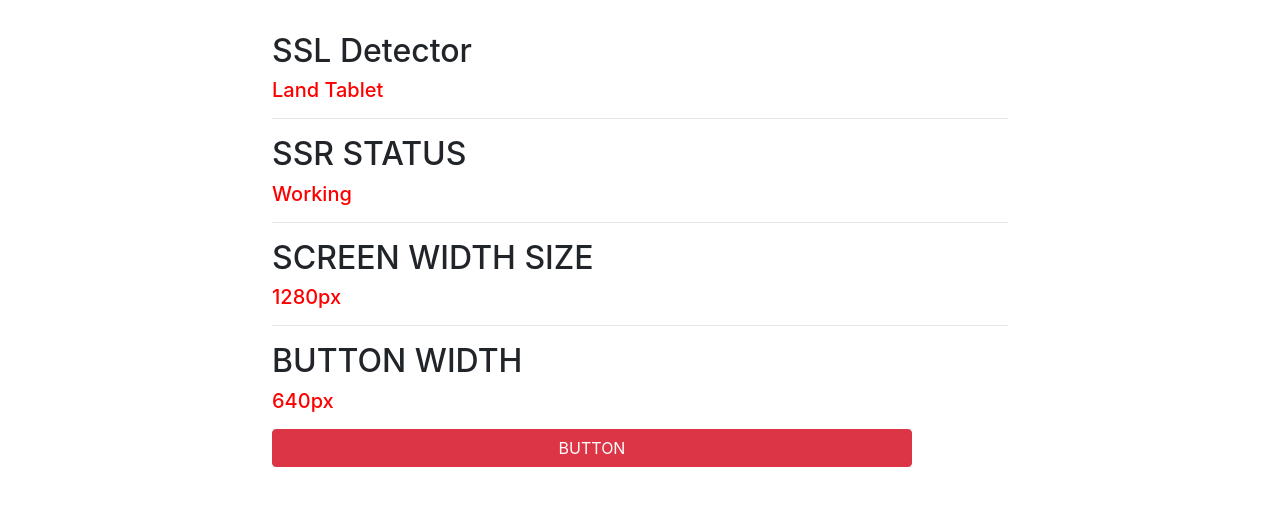
Repository: adrihle/screen-detector-nextpwa
Page: /
An editor plug-in stored every save of this project. The page is shown before and after the next save, followed by the edit.
The browser window is 1280 px wide. The pictures show the whole page.
The project was rebuilt for these pictures with package versions that can differ from the ones it lists, and the page was loaded fresh each time. The framework's server and built-in components were replaced by stand-ins that run in the browser. Imported but missing from the stored project, and not drawn on this page: pages/_document.

Above is the page before, as saved 2020-12-28 15:17:04.

After the next save:
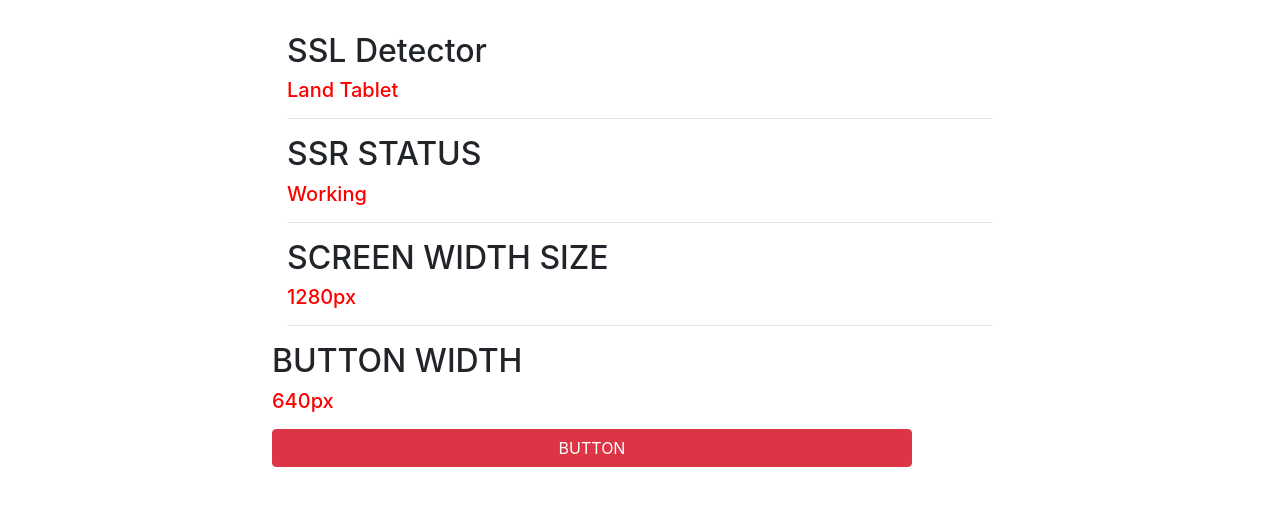
Saved 76 s later.
--- a/pages/index.js
+++ b/pages/index.js
@@ -10,15 +10,24 @@ const Index = ({ server, size, screen }) => {
 
   return (
     <>
-        <h2>SSL Detector</h2>
-        <h5 style={{color:'red'}}>{screen}</h5>
-        <hr />
-        <h2>SSR STATUS</h2>
-        <h5 style={{color:'red'}}>{server ? 'Working' : 'Not Working'}</h5>
-        <hr />
-        <h2>SCREEN WIDTH SIZE</h2>
-        <h5 style={{color:'red'}}>{width}</h5>
-        <hr/>
+        <div className="col">
+          <h2>SSL Detector</h2>
+          <h5 style={{color:'red'}}>{screen}</h5>
+          <hr />
+        </div>
+        <div className="col">
+          <h2>SSR STATUS</h2>
+          <h5 style={{color:'red'}}>{server ? 'Working' : 'Not Working'}</h5>
+          <hr />
+        </div>
+        <div className="col">
+          <h2>SCREEN WIDTH SIZE</h2>
+          <h5 style={{color:'red'}}>{width}</h5>
+          <hr/>
+        </div>
+
+
+
         {size>240 && (
           <>
             <h2>BUTTON WIDTH</h2>
